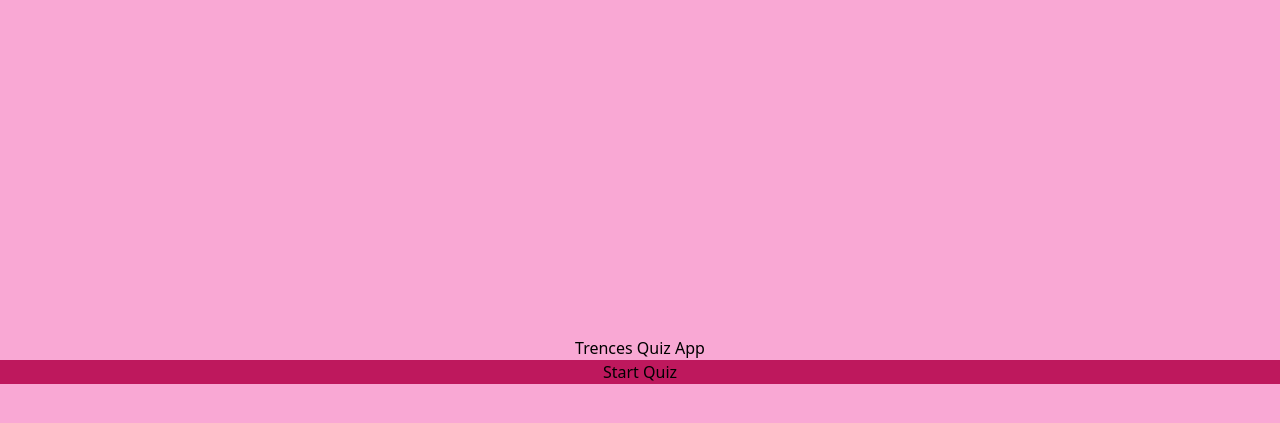
Repository: Semanmernstack/Quiz-react-app
Page: /, after clicking the first element matching `button`
An editor plug-in stored every save of this project. The page is shown before and after the next save, followed by the edit.
The browser window is 1280 px wide. The pictures show the whole page.
The project was rebuilt for these pictures with package versions that can differ from the ones it lists, and the page was loaded fresh each time. Also part of the build but not shown: src/components/End.js.

Above is the page before, as saved 2023-01-29 06:47:32.

After the next save:
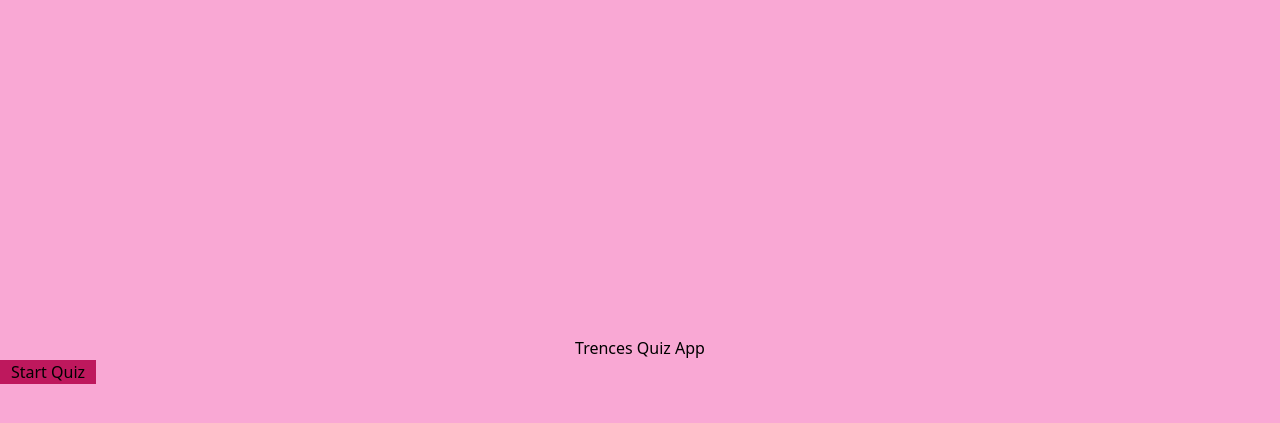
Saved 13 s later.
--- a/src/components/Quiz.js
+++ b/src/components/Quiz.js
@@ -2,7 +2,7 @@
 
 function Quiz() {
   return (
-    <div className="bg-pink-700">
+    <div className="bg-pink-700 w-24">
         <p>Start Quiz</p>
 
     </div>

After the save that followed:
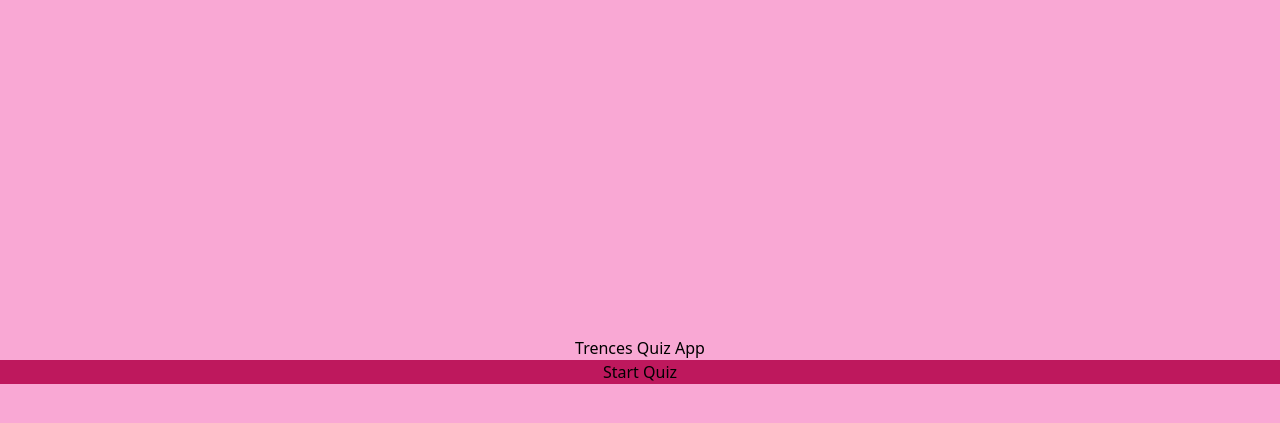
Saved 6 s later.
--- a/src/components/Quiz.js
+++ b/src/components/Quiz.js
@@ -2,7 +2,7 @@
 
 function Quiz() {
   return (
-    <div className="bg-pink-700 w-24">
+    <div className="bg-pink-700 ">
         <p>Start Quiz</p>
 
     </div>
